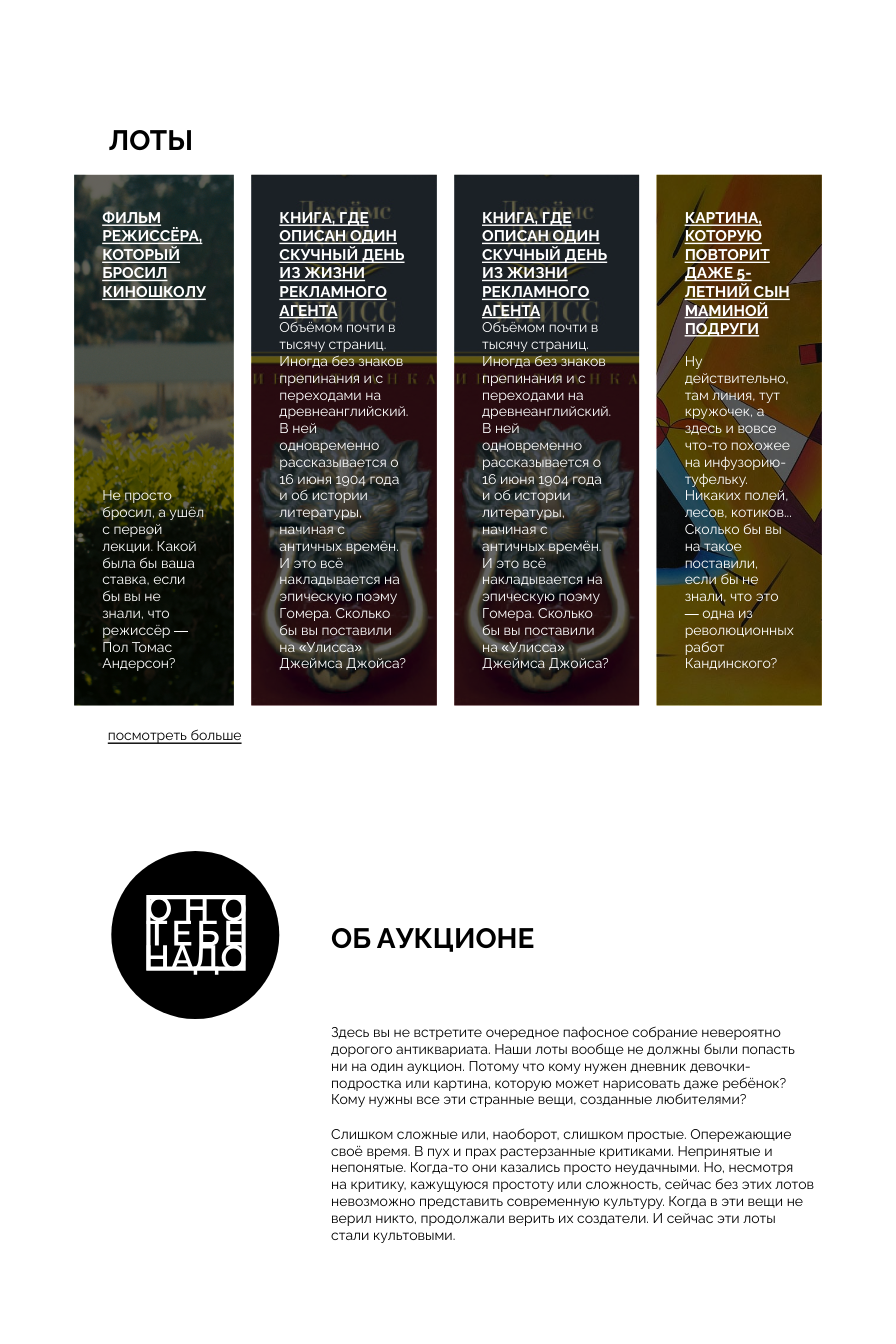
Repository: NikWolf75/ono-tebe-nado-fd
Page: index.html
These files come from the project's save history. The page is drawn as it stood at one moment and after the next save; the edit follows.
The browser window is 1280 px wide. The pictures show the part of the page from y = 1054 to 2974 px (the page is 3189 px tall before and 3027 px after), at 70% of full size.

Above is the page before, as saved 2024-12-18 15:55:19.

After the next save:
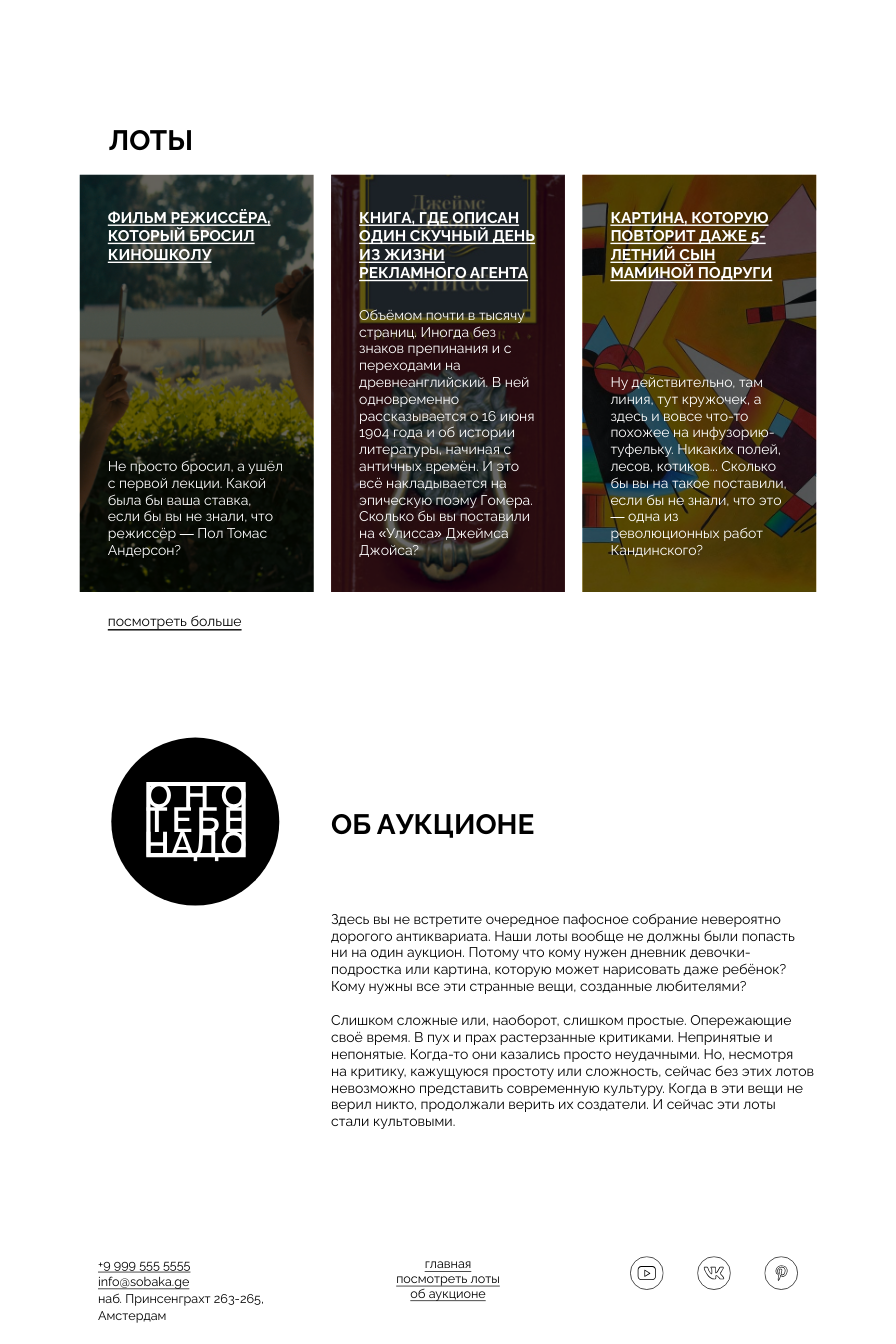
Saved 4 s later.
--- a/index.html
+++ b/index.html
@@ -97,33 +97,6 @@
                 </article>
             </li>
             <li class="lots__card-list-item">
-              <article class="card card_type_book">
-                <div class="overlay"></div>
-                <h3 class="card__title">
-                  Книга, где описан
-                  один скучный день
-                  из жизни
-                  рекламного агента
-                </h3>
-                <p class="card__text">
-                  Объёмом почти в тысячу
-                  страниц. Иногда без
-                  знаков препинания и с переходами на
-                  древнеанглийский. В ней
-                  одновременно
-                  рассказывается о 16 июня
-                  1904 года и об истории
-                  литературы, начиная с
-                  античных времён. И это
-                  всё накладывается на
-                  эпическую поэму Гомера.
-                  Сколько бы вы поставили
-                  на «Улисса» Джеймса
-                  Джойса?
-                </p>
-              </article>
-          </li>
-            <li class="lots__card-list-item">
                 <article class="card card_type_picture">
                   <div class="overlay"></div>
                   <h3 class="card__title">
